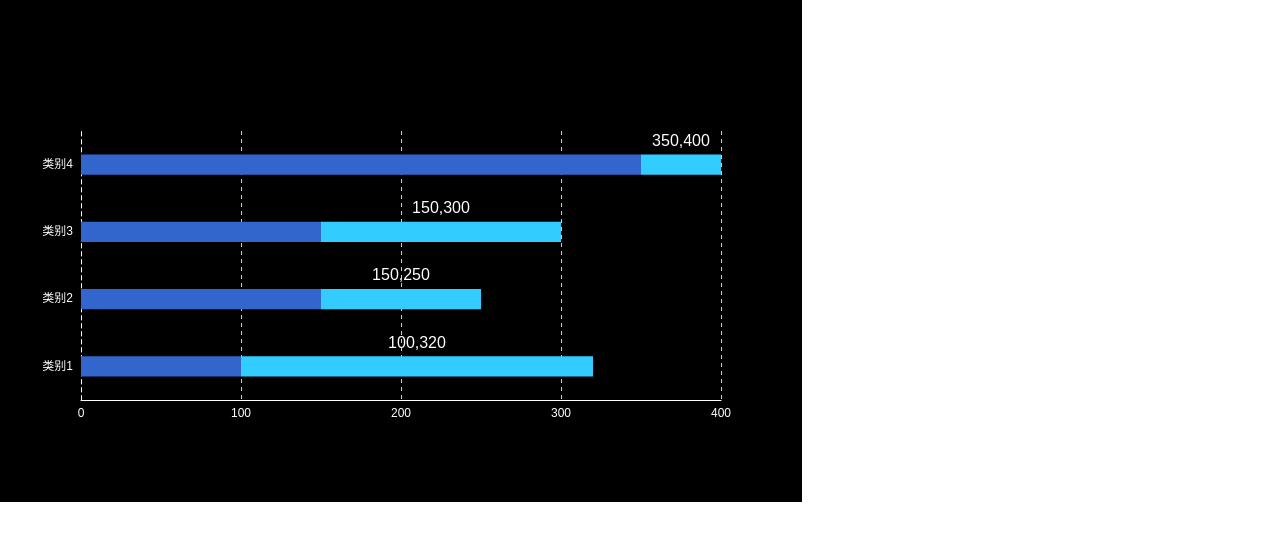
Repository: 572031690/echartproj
Page: /#/test
These files come from the project's save history. The page is drawn as it stood at one moment and after the next save; the edit follows.
The browser window is 1280 px wide. The pictures show the whole page.
The project was rebuilt for these pictures with package versions that can differ from the ones it lists, and the page was loaded fresh each time. Also part of the build but not shown: vue.config.js, src/components/Seller.vue, src/views/SellerPage.vue, src/utils/theme_utils.js, src/components/Trend.vue, src/views/TrendPage.vue, src/utils/map_utils.js, src/components/Map.vue and 9 more.

Above is the page before, as saved 2021-08-05 10:22:03.

After the next save:
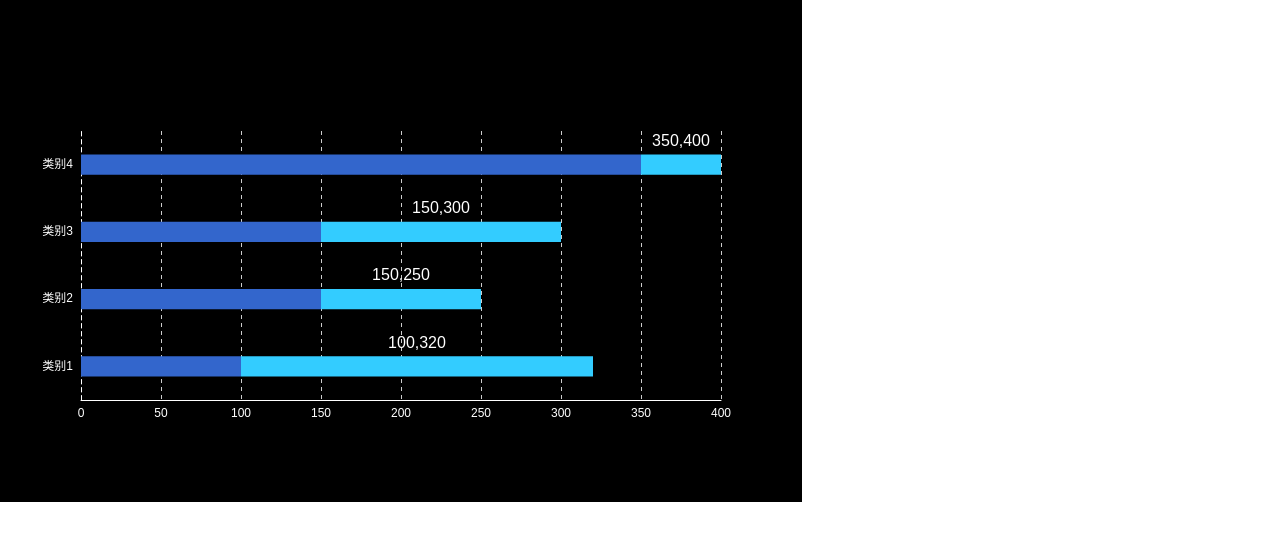
Saved 2 min 20 s later.
--- a/src/components/Test.vue
+++ b/src/components/Test.vue
@@ -57,6 +57,8 @@ export default {
         ],
         xAxis: [
           {
+            interval: 50, // 强制设置坐标轴刻度间隔值
+
             type: "value",
             // gridIndex: 0,
             axisLabel: {
